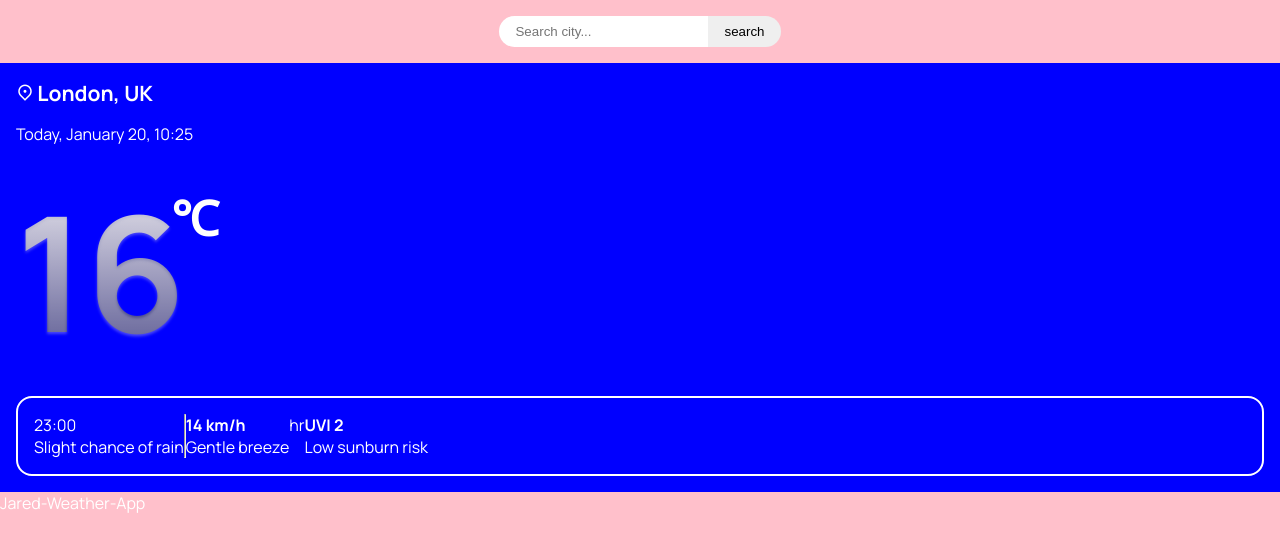
Repository: EguJaredoBoyd/Jared-Weather-App
Page: main.html
These files come from the project's save history. The page is drawn as it stood at one moment and after the next save; the edit follows.
The browser window is 1280 px wide. The pictures show the whole page.
Some web libraries are served in a nearby version.

Above is the page before, as saved 2026-01-22 17:28:49.

### main.html
<!doctype html>
<html lang="en">
  <head>
    <meta charset="UTF-8" />
    <meta name="viewport" content="width=device-width, initial-scale=1.0" />
    <link rel="preconnect" href="https://fonts.googleapis.com" />
    <link rel="preconnect" href="https://fonts.gstatic.com" crossorigin />
    <link
      href="https://fonts.googleapis.com/css2?family=Manrope:wght@200..800&display=swap"
      rel="stylesheet"
    />
    <head>
      <link
        href="https://cdn.jsdelivr.net/npm/remixicon@4.8.0/fonts/remixicon.css"
        rel="stylesheet"
      />
    </head>
    <link rel="stylesheet" href="./css/styles.css" />
    <title>Jared-Weather-App</title>
  </head>
  <body class="weather-app">
    <div class="weather-app__container">
      <header>
        <div class="search-place">
          <input
            type="text"
            placeholder="Search city..."
            aria-label="Search city"
          />
          <button>search</button>
        </div>
      </header>
      <main>
        <section class="current-weather">
          <div class="place-searched">
            <i class="ri-map-pin-2-line"></i>
            <h3 class="city-name">London, UK</h3>
          </div>
          <div class="date-today">
            <time datetime="2026-01-20T10:25">Today, January 20, 10:25</time>
          </div>
          <div class="place-temperature">
            <span class="place-temperature__measure"><h3>16</h3></span>
            <span class="place-temperature__degree"><h3>℃</h3></span>
          </div>
          <div class="place-forecast">
            <article class="forecast-item forecast-item--weather">
              <time datetime="23:00">23:00</time>
              <p>Slight chance of rain</p>
            </article>
            <hr />

            <article class="forecast-item forecast-item--wind">
              <h4>14 km/h</h4>
              <p>Gentle breeze</p>
            </article>
            hr

            <article class="forecast-item forecast-item--uv">
              <h4>UVI 2</h4>
              <p>Low sunburn risk</p>
            </article>
          </div>
        </section>
        <section class="swipe-section">
          <!-- Hourly and daily forecast will slide in here! -->
        </section>
      </main>
      <footer>
        <div><p>Jared-Weather-App</p></div>
      </footer>
    </div>
  </body>
</html>

### css/styles.css
/* ==== CSS RESET ==== */
*,
*::before,
*::after {
  margin: 0;
  padding: 0;
  box-sizing: border-box;
  /* outline: 1px solid red; */
}

:root {
  --background-color: #03045e;
  --text-color: white;
}

html {
  font-size: 16px;
}

body {
  font-family: "Manrope", sans-serif;
  background-color: var(--background-color);
  color: var(--text-color);
}

.weather-app__container {
  display: flex;
  flex-direction: column;
  background-color: pink;
  height: 100vh;
}

.search-place {
  display: flex;
  justify-content: center;
  padding: 1rem;
}

.search-place input {
  padding: 0.5rem 1rem;
  border: none;
  border-bottom-left-radius: 1rem;
  border-top-left-radius: 1rem;
}

.search-place button {
  border: none;
  border-top-right-radius: 1rem;
  border-bottom-right-radius: 1rem;
  padding: 0.5rem 1rem;
}

main {
  background-color: blue;
  display: flex;
  flex-direction: column;
  padding: 1rem;
}

.current-weather {
  display: flex;
  flex-direction: column;
  row-gap: 1rem;
}

.place-searched {
  display: flex;
  align-items: center;
  column-gap: 0.2rem;
  font-size: large;
}

.place-temperature {
  display: flex;
  align-items: center;
  position: relative;
}

.place-temperature__measure h3 {
  font-size: 10rem;
  background: linear-gradient(to bottom, white, var(--background-color));
  -webkit-background-clip: text;
  background-clip: text;
  -webkit-text-fill-color: transparent;
  text-shadow: 0 2px 3px rgba(243, 235, 235, 0.3);
}

.place-temperature__degree h3 {
  font-size: 3rem;
  position: absolute;
  top: 1.5rem;
  left: 9.7rem;
}

.place-forecast {
  display: flex;
  border: 2px solid white;
  border-radius: 1rem;
  padding: 1rem;
}

After the next save:
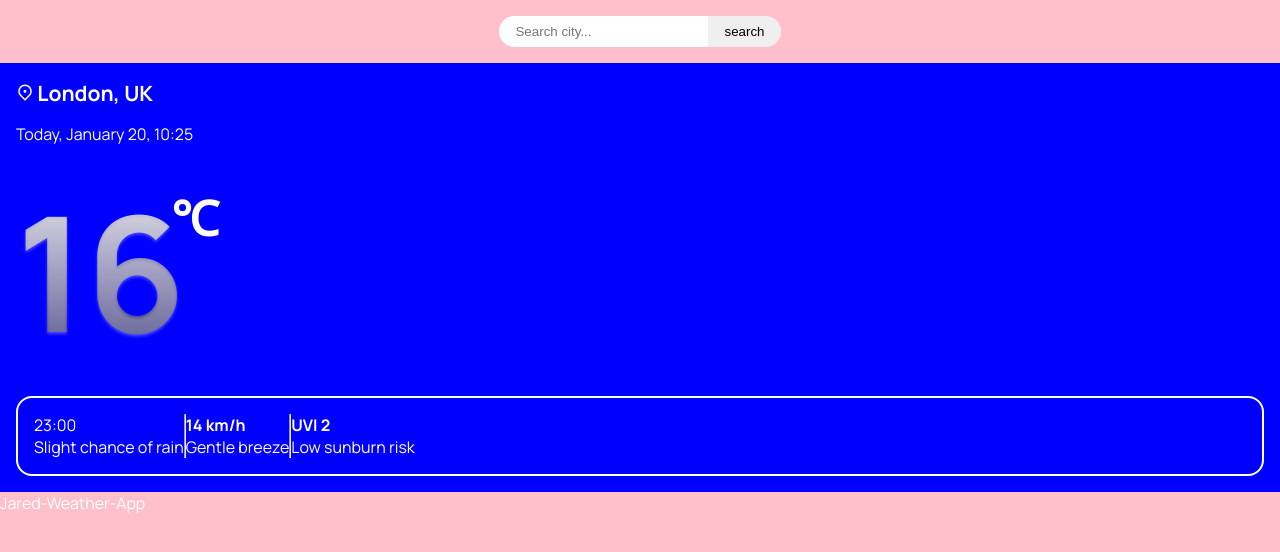
Saved 7 s later.
--- a/main.html
+++ b/main.html
@@ -54,7 +54,7 @@
               <h4>14 km/h</h4>
               <p>Gentle breeze</p>
             </article>
-            hr
+            <hr />
 
             <article class="forecast-item forecast-item--uv">
               <h4>UVI 2</h4>
